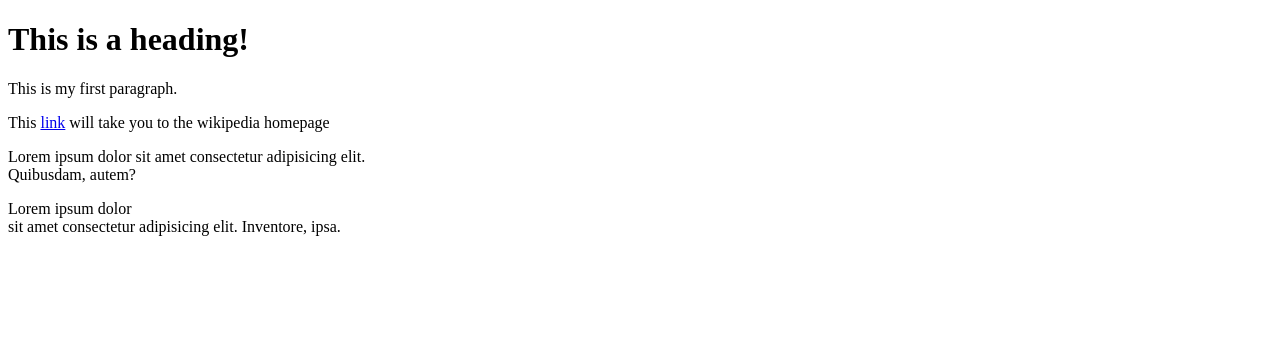
Repository: MizuS94/Curs-HTML---CSS
Page: Links.html
These files come from the project's save history. The page is drawn as it stood at one moment and after the next save; the edit follows.
The browser window is 1280 px wide. The pictures show the whole page.

Above is the page before, as saved 2024-03-06 16:16:16.

After the next save:
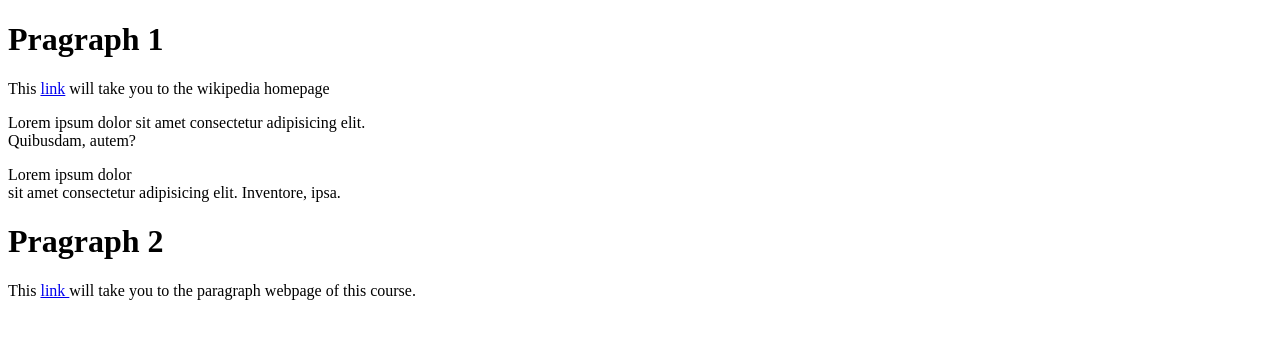
Saved 72 min 18 s later.
--- a/Links.html
+++ b/Links.html
@@ -6,10 +6,13 @@
     <title>Links</title>
 </head>
 <body>
-    <h1> This is a heading! </h1>
-    <p> This is my first paragraph. </p>
+    <h1> Pragraph 1</h1>
     <p> This <a href="http://www.wikipedia.org" title="wikipedia">link</a> will take you to the wikipedia homepage</p>
     <p>Lorem ipsum dolor sit amet consectetur adipisicing elit. <br>Quibusdam, autem?</p>
     <p>Lorem ipsum dolor <br>sit amet consectetur adipisicing elit. Inventore, ipsa.</p>
+
+    <h1>Pragraph 2</h1>
+    <p>This <a href="Paragraphs.html" title="paragraphs">link </a> will take you to the paragraph webpage of this course.</p>
+
 </body>
 </html>
